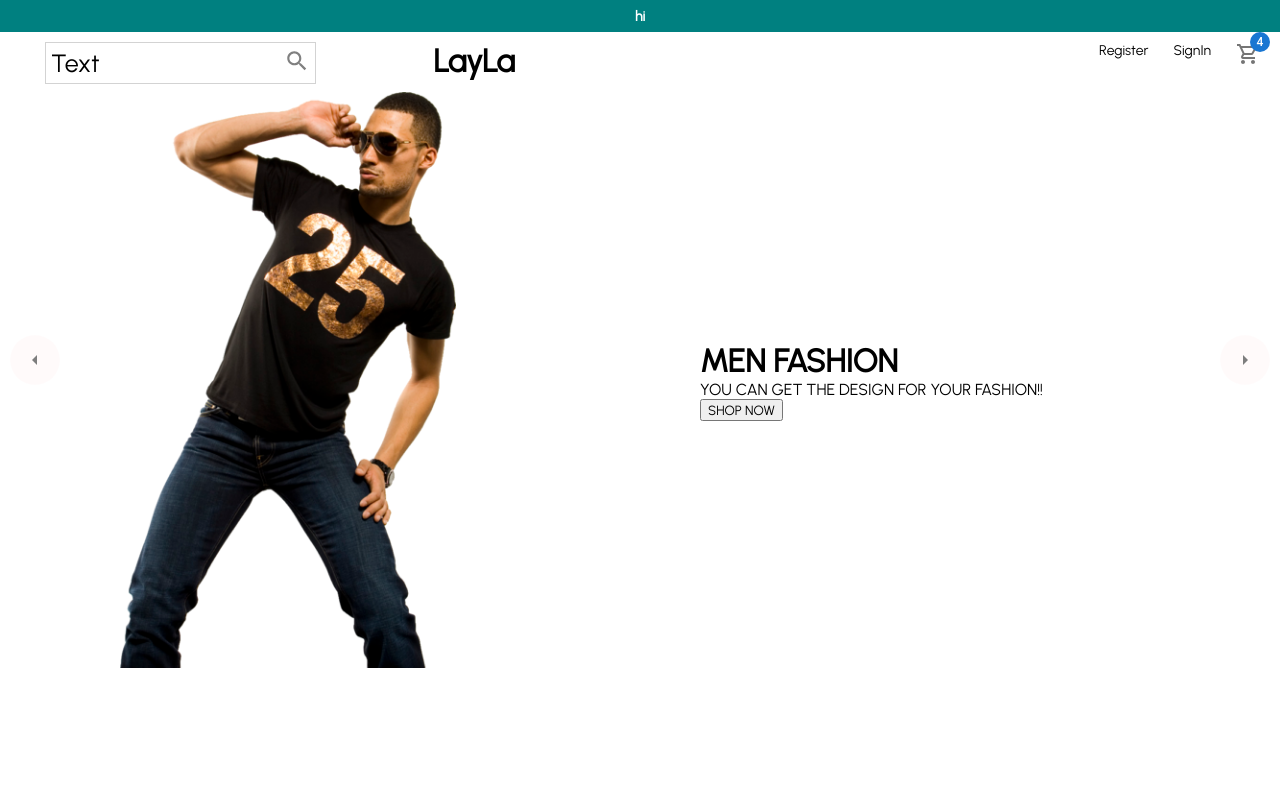
Repository: WaiMaungMaung/React_Ecom
Page: /
The author's editor kept a copy of each file at every save. The page is drawn from the files as they stood at one save, then again after the next save.
The browser window is 1280 px wide. The pictures show the whole page.
The project was rebuilt for these pictures with package versions that can differ from the ones it lists, and the page was loaded fresh each time.

Above is the page before, as saved 2022-05-06 13:40:00.

After the next save:
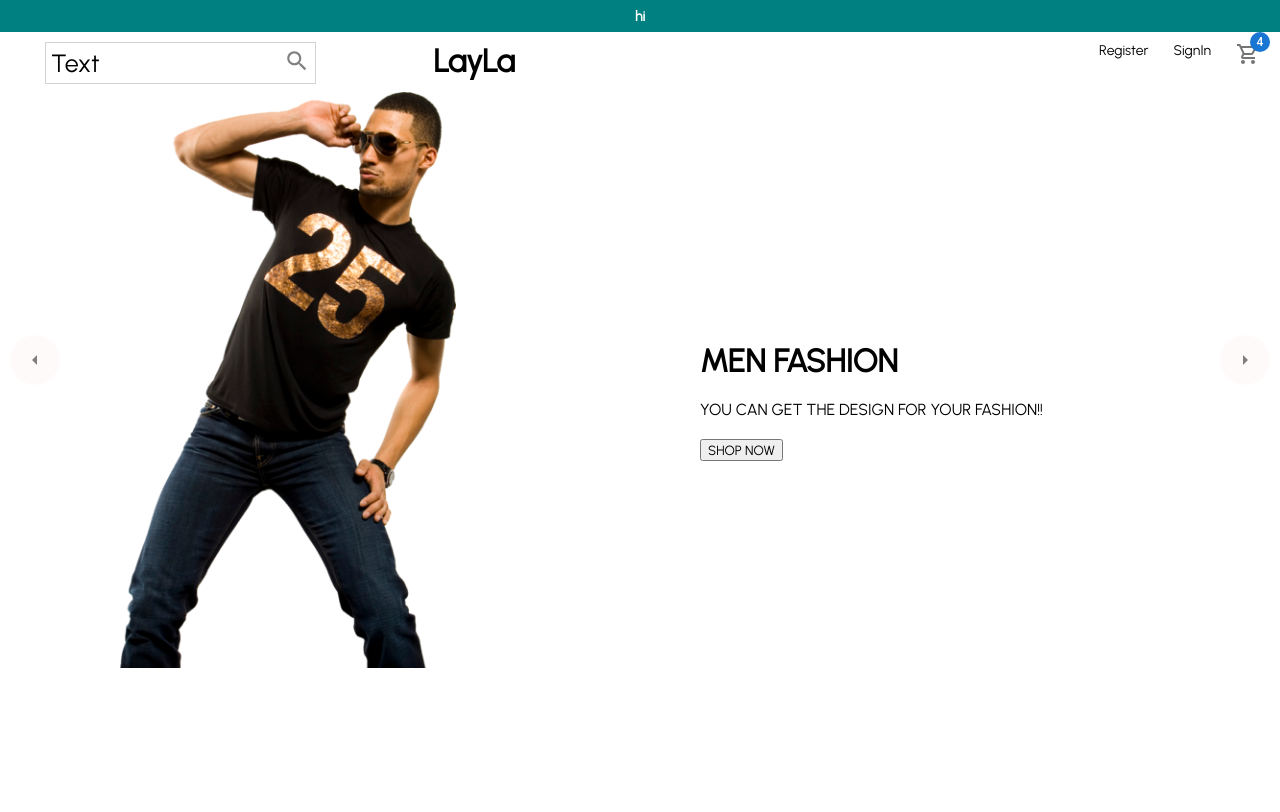
Saved 15 s later.
--- a/src/components/Slider.jsx
+++ b/src/components/Slider.jsx
@@ -48,7 +48,9 @@ const InfoContainer = styled.div`
 `;
 
 const Title = styled.h1``;
-const Desc = styled.p``;
+const Desc = styled.p`
+  margin: 20px 0;
+`;
 const Button = styled.button``;
 const Slider = () => {
   return (
